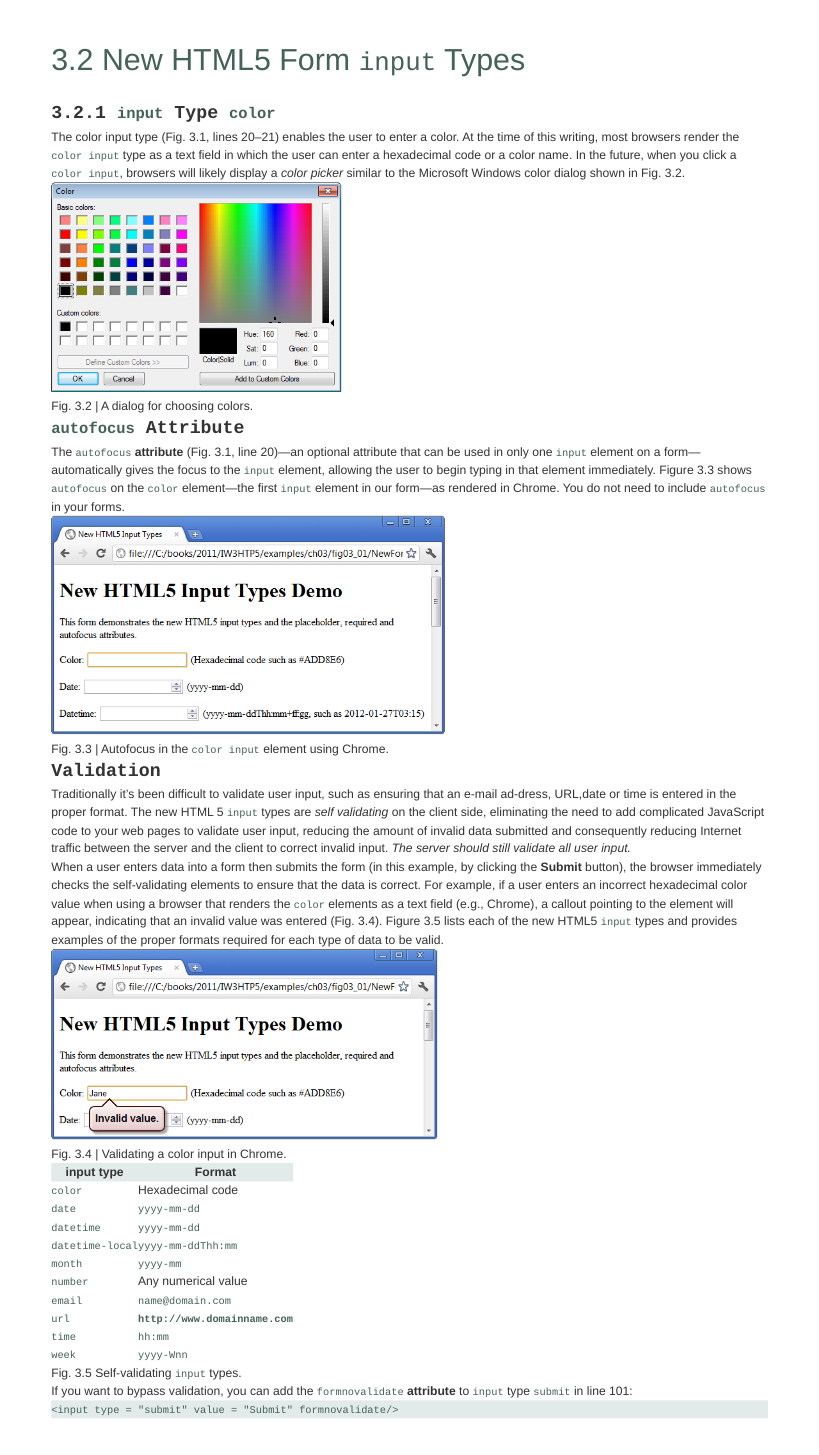
Repository: mlmEFSC21/P4-Textbook-Copy
Page: index.html
The author's editor kept a copy of each file at every save. The page is drawn from the files as they stood at one save, then again after the next save.
The browser window is 1280 px wide. The pictures show the whole page, at 64% of full size.

Above is the page before, as saved 2022-02-03 16:44:09.

### index.html
<!DOCTYPE html>
<html lang="en">
    <head>
        <meta charset="UTF-8" />
        <meta http-equiv="X-UA-Compatible" content="IE=edge" />
        <meta name="viewport" content="width=device-width, initial-scale=1.0" />
        <link rel="stylesheet" href="bookStyles.css" />
        <title>Laying Out Book Pages</title>
    </head>
    <header>
        <h1>
            3.2 New HTML5 Form <code><span class="header1">input</span></code> Types
        </h1>
    </header>
    <body>
        <section class="color-input-type">
            <header>
                <h2>3.2.1 <code>input</code> Type <code>color</code></h2>
            </header>
            <p>
                The color input type (Fig. 3.1, lines 20–21) enables the user to enter a color. At
                the time of this writing, most browsers render the <code>color input</code> type as
                a text field in which the user can enter a hexadecimal code or a color name. In the
                future, when you click a <code>color input</code>, browsers will likely display a
                <em>color picker</em> similar to the Microsoft Windows color dialog shown in Fig.
                3.2.
            </p>
            <figure>
                <img src="images\OperaColorInput.png" alt="Microsoft Windows color dialog" />
                <figcaption>Fig. 3.2 | A dialog for choosing colors.</figcaption>
            </figure>
        </section>
        <section class="autofocus-attribute">
            <header>
                <h2><code>autofocus</code> Attribute</h2>
            </header>
            <p>
                The <code>autofocus</code> <strong>attribute</strong> (Fig. 3.1, line 20)—an
                optional attribute that can be used in only one <code>input</code> element on a
                form—automatically gives the focus to the <code>input</code> element, allowing the
                user to begin typing in that element immediately. Figure 3.3 shows
                <code>autofocus</code> on the <code>color</code> element—the first
                <code>input</code> element in our form—as rendered in Chrome. You do not need to
                include <code>autofocus</code> in your forms.
            </p>
            <figure>
                <img
                    src="images\Autofocus.png"
                    alt="web page demo of autofocus on a color input field"
                />
                <figcaption>
                    Fig. 3.3 | Autofocus in the <code>color input</code> element using Chrome.
                </figcaption>
            </figure>
        </section>
        <section class="input-validation">
            <header>
                <h2>Validation</h2>
            </header>
            <p>
                Traditionally it’s been difficult to validate user input, such as ensuring that an
                e-mail ad-dress, URL,date or time is entered in the proper format. The new HTML 5
                <code>input</code> types are <em>self validating</em> on the client side,
                eliminating the need to add complicated JavaScript code to your web pages to
                validate user input, reducing the amount of invalid data submitted and consequently
                reducing Internet traffic between the server and the client to correct invalid
                input. <em>The server should still validate all user input.</em>
            </p>
            <p>
                When a user enters data into a form then submits the form (in this example, by
                clicking the <strong>Submit</strong> button), the browser immediately checks the
                self-validating elements to ensure that the data is correct. For example, if a user
                enters an incorrect hexadecimal color value when using a browser that renders the
                <code>color</code> elements as a text field (e.g., Chrome), a callout pointing to
                the element will appear, indicating that an invalid value was entered (Fig. 3.4).
                Figure 3.5 lists each of the new HTML5 <code>input</code> types and provides
                examples of the proper formats required for each type of data to be valid.
            </p>
            <figure>
                <img
                    src="images\SelfValidationChrome.png"
                    alt="web page demo of validation preventing a non color input into a color input field"
                />
                <figcaption>Fig. 3.4 | Validating a color input in Chrome.</figcaption>
            </figure>
        </section>
        <section class="self-validating-types">
            <figure>
                <table class="validation-table">
                    <thead>
                        <th>input type</th>
                        <th>Format</th>
                    </thead>
                    <tr>
                        <td><code>color</code></td>
                        <td>Hexadecimal code</td>
                    </tr>
                    <tr>
                        <td><code>date</code></td>
                        <td><code>yyyy-mm-dd</code></td>
                    </tr>
                    <tr>
                        <td><code>datetime</code></td>
                        <td><code>yyyy-mm-dd</code></td>
                    </tr>
                    <tr>
                        <td><code>datetime-local</code></td>
                        <td><code>yyyy-mm-ddThh:mm</code></td>
                    </tr>
                    <tr>
                        <td><code>month</code></td>
                        <td><code>yyyy-mm</code></td>
                    </tr>
                    <tr>
                        <td><code>number</code></td>
                        <td>Any numerical value</td>
                    </tr>
                    <tr>
                        <td><code>email</code></td>
                        <td><code>name@domain.com</code></td>
                    </tr>
                    <tr>
                        <td><code>url</code></td>
                        <td>
                            <a href="http://www.domainname.com"
                                ><code>http://www.domainname.com</code></a
                            >
                        </td>
                    </tr>
                    <tr>
                        <td><code>time</code></td>
                        <td><code>hh:mm</code></td>
                    </tr>
                    <tr>
                        <td><code>week</code></td>
                        <td><code>yyyy-Wnn</code></td>
                    </tr>
                </table>
                <figcaption>Fig. 3.5 Self-validating <code>input</code> types.</figcaption>
            </figure>
            <aside>
                <p>
                    If you want to bypass validation, you can add the <code>formnovalidate</code>
                    <strong>attribute</strong> to <code>input</code> type <code>submit</code> in
                    line 101:
                </p>
                <div class="form-no-val">
                    <code>&lt;input type = "submit" value = "Submit" formnovalidate/&gt;</code>
                </div>
            </aside>
        </section>
    </body>
</html>

### bookStyles.css
:root {
    --clr-prime: #;
    --clr-background-accent: rgba(70, 114, 115, 0.15);
    --clr-font-links: #275b8a;
    --clr-font-prime: #333;
    --clr-font-code: #446256;
    --clr-font-figcap: darkgrey;
    --clr-background: white;
}
*,
*::before,
*::after {
    margin: 0;
    padding: 0;
    box-sizing: border-box;
}
html {
    font-size: 19px;
    font-family: sans-serif;
}
body {
    font-family: "Helvetica Neue", Helvetica, Arial, "Lucida Grande", sans-serif;
    margin: 57px 0;
    padding: 0 80px;
    padding: auto;
    line-height: 1.5;
    background-color: var(--clr-background);
    color: var(--clr-font-prime);
}
h1 {
    font-size: 2.5em;
    margin-top: 1.15em;
    margin-bottom: 0.6em;
    font-style: normal;
    font-weight: 300;
    line-height: 1.5;
}
h2 {
    font-family: Courier, "Courier New", monospace;
    /* font-size: 0.85em; */
}
h1,
code {
    color: var(--clr-font-code);
}
code {
    font-family: Courier, "Courier New", monospace;
    font-size: 0.85em;
}
table {
    border-collapse: collapse;
}
a {
    color: var(--clr-font-links);
    text-decoration: none;
    font-weight: 700;
    cursor: pointer;
}
th,
div {
    background-color: var(--clr-background-accent);
}

After the next save:
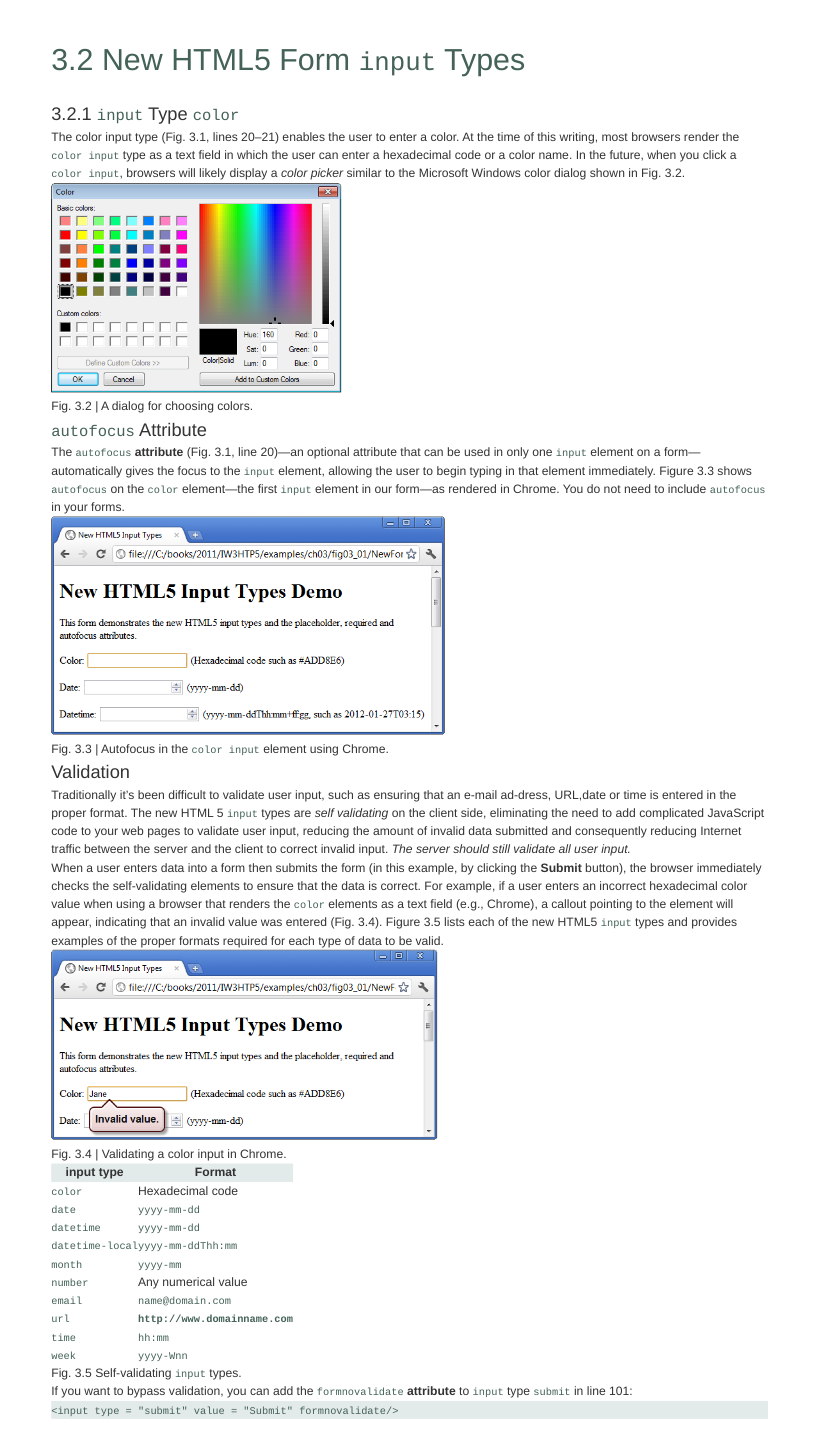
Saved 17 s later.
--- a/bookStyles.css
+++ b/bookStyles.css
@@ -36,8 +36,7 @@ h1 {
     line-height: 1.5;
 }
 h2 {
-    font-family: Courier, "Courier New", monospace;
-    /* font-size: 0.85em; */
+    font-weight: normal;
 }
 h1,
 code {
